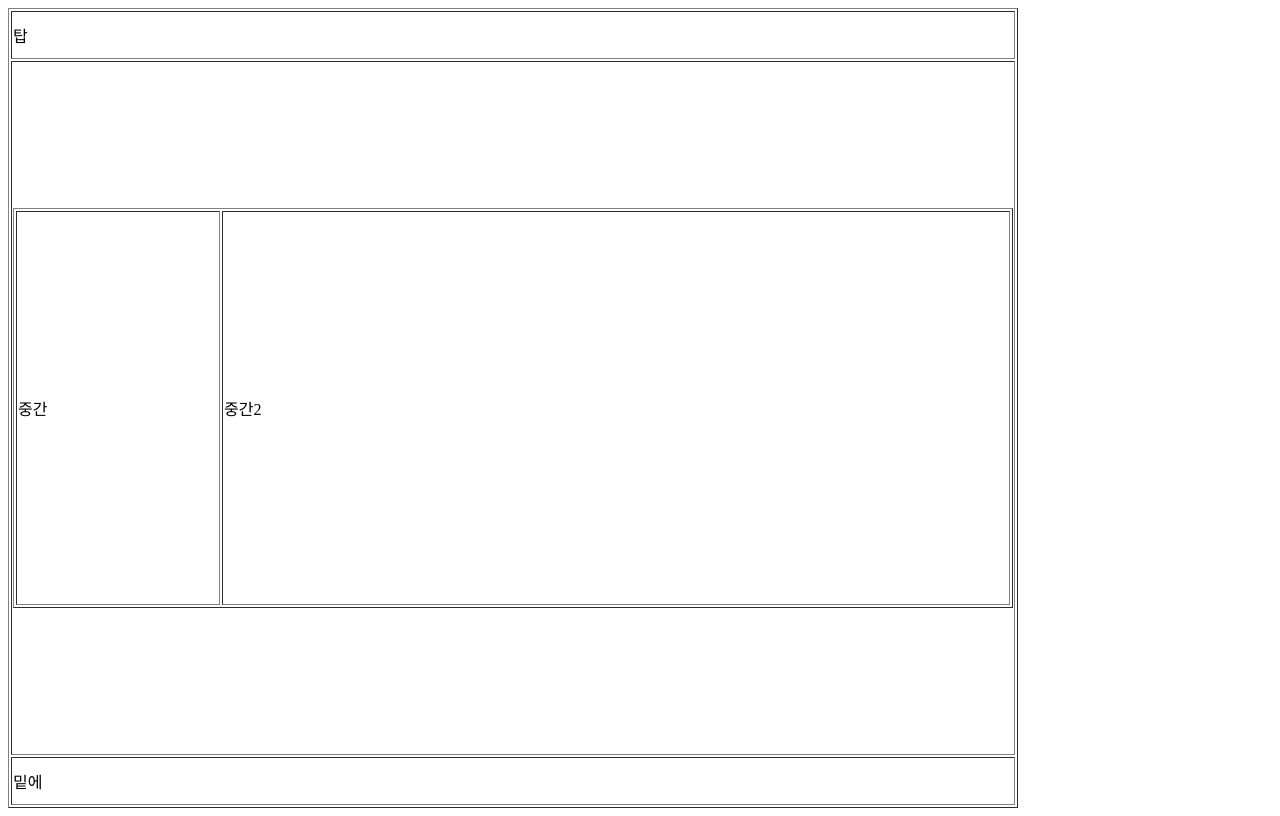
Repository: ikobean/ikoebean
Page: http://localhost/dev_jsp/ch07/index.jsp
These files come from the project's save history. The page is drawn as it stood at one moment and after the next save; the edit follows.
The browser window is 1280 px wide. The pictures show the whole page.
The page is served by Tomcat 9.

Above is the page before, as saved 2019-07-17 01:49:09.

After the next save:
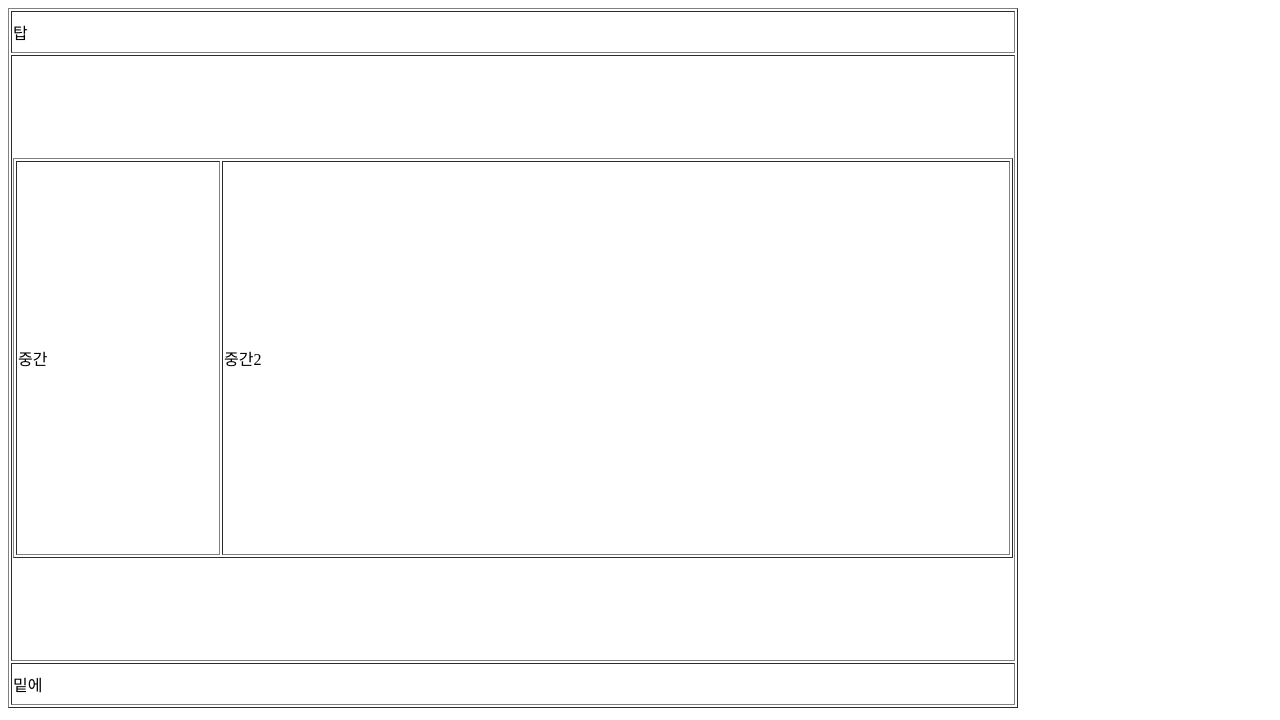
Saved 14 s later.
--- a/workspace_jsp/dev_jsp/WebContent/ch07/index.jsp
+++ b/workspace_jsp/dev_jsp/WebContent/ch07/index.jsp
@@ -7,7 +7,7 @@
 <title>Insert title here</title>
 </head>
 <body>
-<table border=1 width="1000" height="800">
+<table border=1 width="1000" height="700">
 	<tr>
 	<td>탑</td>
 	</tr>
